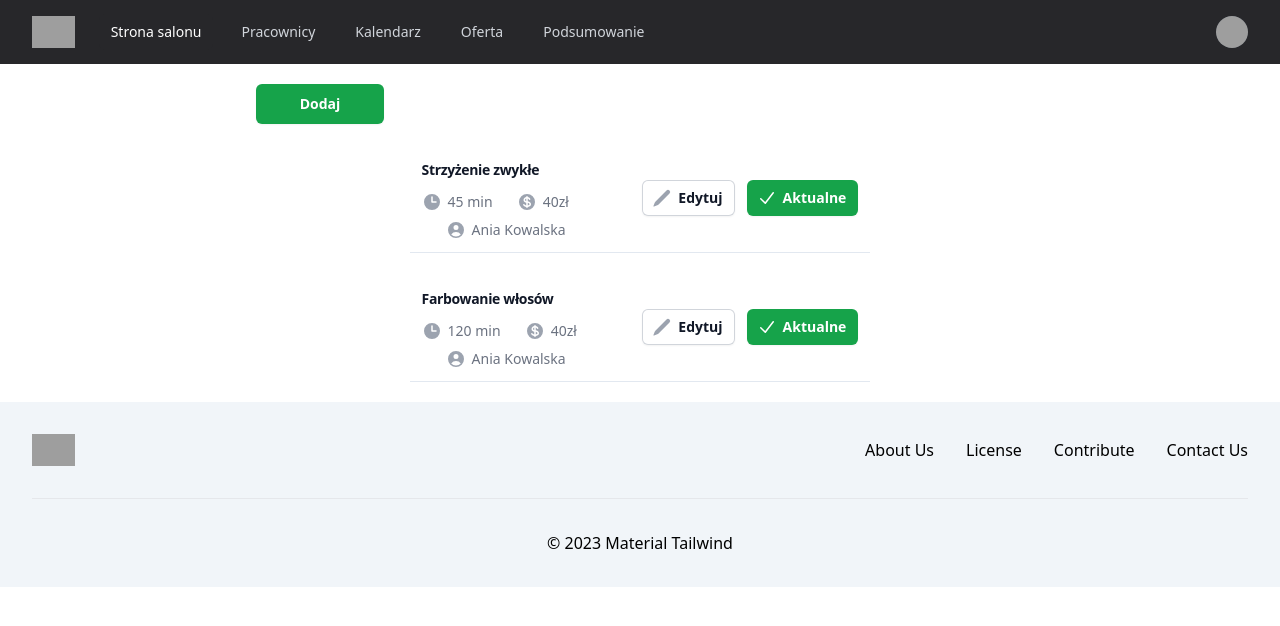
Repository: PrzemyslawJura/my-app
Page: /pracownicy (app in frontend/)
An editor plug-in stored every save of this project. The page is shown before and after the next save, followed by the edit.
The browser window is 1280 px wide. The pictures show the whole page.
Pictures or frames that could not be fetched are drawn as grey boxes. The page's requests for data from a server got no answer. The project was rebuilt for these pictures with package versions that can differ from the ones it lists, and the page was loaded fresh each time. No one was signed in, and anything a server would have sent is missing. Also part of the build but not shown: frontend/src/components/Location.jsx, frontend/src/home/Feature.jsx, frontend/src/shared_np_buttony_inputy_kalendarze_itp/PaginationTile.jsx, frontend/src/home/Pagination.jsx, frontend/src/home/Listbox.jsx, frontend/src/home/StepOne.jsx, frontend/src/home/StepTwo.jsx, frontend/src/home/SalonOffer.jsx and 21 more.

Above is the page before, as saved 2023-11-24 12:32:58.

### frontend/src/index.js
import React from 'react';
import ReactDOM from 'react-dom/client';
import './index.css';
import App from './core/App';
import reportWebVitals from './reportWebVitals';
import { BrowserRouter } from 'react-router-dom';

const root = ReactDOM.createRoot(document.getElementById('root'));
root.render(
  <React.StrictMode>
    <BrowserRouter>
      <App />
    </BrowserRouter>
  </React.StrictMode>
);

// If you want to start measuring performance in your app, pass a function
// to log results (for example: reportWebVitals(console.log))
// or send to an analytics endpoint. Learn more: https://bit.ly/CRA-vitals
reportWebVitals();

### frontend/src/index.css
@tailwind base;
html {
  scroll-behavior: smooth;
}

@tailwind components;
@tailwind utilities;

### frontend/src/core/App.jsx
import BrowserRoutes from "./BrowserRoutes"
import FooterWithLogo from "./Footer"
import NavbarBiznes from "./NavbarBiznes";
import NavbarHome from "./NavbarHome";



export default function App() {
  let navigationBar = <NavbarHome/>
  function userIsLogin(user)
  {
    if (user == false) navigationBar = <NavbarBiznes/>
    else navigationBar = <NavbarHome/>
  }
  return (
    <>
      {userIsLogin(false)}
      {navigationBar}
      <BrowserRoutes/>
      <FooterWithLogo/>
    </>
  )
}

### frontend/src/core/BrowserRoutes.jsx
import Home from "../home/Home"
import CalendarOfWork from "../biznes/CalendarOfWork"
import SalonPage from "../biznes/SalonPage"
import Workers from "../biznes/Workers"
import Services from "../biznes/Services"
import { Route, Routes } from "react-router-dom"
import NavbarBiznes from "./NavbarBiznes"

export default function BrowserRoutes() {
  return (
      <Routes>
        <Route path="/" element={<Home/>}/>
        <Route path="/stronasalonu" element={<SalonPage/>}/>
        <Route path="/pracownicy" element={<Workers/>}/>
        <Route path="/kalendarz" element={<CalendarOfWork/>}/>
        <Route path="/oferta" element={<Services/>}/>
      </Routes>
  )
}

### frontend/src/core/Footer.jsx
import { Typography } from "@material-tailwind/react";

export default function FooterWithLogo() {
  return (
    <footer id="footer" className="w-full p-8 bg-slate-100">
      <div className="flex flex-row flex-wrap items-center justify-center gap-y-6 gap-x-12 text-center md:justify-between">
      <img
        className="h-8 w-auto"
        src="https://tailwindui.com/img/logos/mark.svg?color=green&shade=600"
        alt=""
      />
        <ul className="flex flex-wrap items-center gap-y-2 gap-x-8">
          <li>
            <Typography
              as="a"
              href="#"
              color="blue-gray"
              className="font-normal transition-colors hover:text-blue-500 focus:text-blue-500"
            >
              About Us
            </Typography>
          </li>
          <li>
            <Typography
              as="a"
              href="#"
              color="blue-gray"
              className="font-normal transition-colors hover:text-blue-500 focus:text-blue-500"
            >
              License
            </Typography>
          </li>
          <li>
            <Typography
              as="a"
              href="#"
              color="blue-gray"
              className="font-normal transition-colors hover:text-blue-500 focus:text-blue-500"
            >
              Contribute
            </Typography>
          </li>
          <li>
            <Typography
              as="a"
              href="#"
              color="blue-gray"
              className="font-normal transition-colors hover:text-blue-500 focus:text-blue-500"
            >
              Contact Us
            </Typography>
          </li>
        </ul>
      </div>
      <hr className="my-8 border-blue-gray-50" />
      <Typography color="blue-gray" className="text-center font-normal">
        &copy; 2023 Material Tailwind
      </Typography>
    </footer>
  );
}

### frontend/src/core/NavbarBiznes.jsx
import { Fragment } from 'react'
import { Disclosure, Menu, Transition } from '@headlessui/react'
import { Bars3Icon, XMarkIcon } from '@heroicons/react/24/outline'


const navigation = [
  { name: 'Strona salonu', href: '/stronasalonu', current: true },
  { name: 'Pracownicy', href: '/pracownicy', current: false },
  { name: 'Kalendarz', href: '/kalendarz', current: false },
  { name: 'Oferta', href: '/oferta', current: false },
  { name: 'Podsumowanie', href: '/podsumowanie', current: false },
]

function classNames(...classes) {
  return classes.filter(Boolean).join(' ')
}

export default function NavbarBiznes({}) {
  return (
    <Disclosure as="nav" className="bg-zinc-800">
      {({ open }) => (
        <>
          <div className="mx-auto max-w-7xl px-2 sm:px-6 lg:px-8">
            <div className="relative flex h-16 items-center justify-between">
              <div className="absolute inset-y-0 left-0 flex items-center sm:hidden">
                {/* Mobile menu button*/}
                <Disclosure.Button className="relative inline-flex items-center justify-center rounded-md p-2 text-gray-400 hover:bg-gray-700 hover:text-white focus:outline-none focus:ring-2 focus:ring-inset focus:ring-white">
                  <span className="absolute -inset-0.5" />
                  <span className="sr-only">Open main menu</span>
                  {open ? (
                    <XMarkIcon className="block h-6 w-6" aria-hidden="true" />
                  ) : (
                    <Bars3Icon className="block h-6 w-6" aria-hidden="true" />
                  )}
                </Disclosure.Button>
              </div>
              <div className="flex flex-1 items-center justify-center sm:items-stretch sm:justify-start">
                <div className="flex flex-shrink-0 items-center">
                  <img
                    className="h-8 w-auto"
                    src="https://tailwindui.com/img/logos/mark.svg?color=green&shade=500"
                    alt="Your Company"
                  />
                </div>
                <div className="hidden sm:ml-6 sm:block">
                  <div className="flex space-x-4">
                    {navigation.map((item) => (
                      <a
                        key={item.name}
                        href={item.href}
                        className={classNames(
                          item.current ? 'bg-zinc-800 text-white' : 'text-gray-300 hover:bg-zinc-600 hover:text-white',
                          'rounded-md px-3 py-2 text-sm font-medium'
                        )}
                        aria-current={item.current ? 'page' : undefined}
                      >
                        {item.name}
                      </a>
                    ))}
                  </div>
                </div>
              </div>
              <div className="absolute inset-y-0 right-0 flex items-center pr-2 sm:static sm:inset-auto sm:ml-6 sm:pr-0">
                {/* Profile dropdown */}
                <Menu as="div" className="relative ml-3">
                  <div>
                    <Menu.Button className="relative flex rounded-full bg-gray-800 text-sm focus:outline-none focus:ring-2 focus:ring-white focus:ring-offset-2 focus:ring-offset-gray-800">
                      <span className="absolute -inset-1.5" />
                      <span className="sr-only">Open user menu</span>
                      <img
                        className="h-8 w-8 rounded-full"
                        src="https://images.unsplash.com/photo-1592647420148-bfcc177e2117?ixlib=rb-4.0.3&ixid=M3wxMjA3fDB8MHxwaG90by1wYWdlfHx8fGVufDB8fHx8fA%3D%3D&auto=format&fit=crop&w=2039&q=80"
                        alt=""
                      />
                    </Menu.Button>
                  </div>
                  <Transition
                    as={Fragment}
                    enter="transition ease-out duration-100"
                    enterFrom="transform opacity-0 scale-95"
                    enterTo="transform opacity-100 scale-100"
                    leave="transition ease-in duration-75"
                    leaveFrom="transform opacity-100 scale-100"
                    leaveTo="transform opacity-0 scale-95"
                  >
                    <Menu.Items className="absolute right-0 z-10 mt-2 w-48 origin-top-right rounded-md bg-white py-1 shadow-lg ring-1 ring-black ring-opacity-5 focus:outline-none">
                      <Menu.Item>
                        {({ active }) => (
                          <a
                            href="#"
                            className={classNames(active ? 'bg-gray-100' : '', 'block px-4 py-2 text-sm text-gray-700')}
                          >
                            Twój profil
                          </a>
                        )}
                      </Menu.Item>
                      <Menu.Item>
                        {({ active }) => (
                          <a
                            href="#"
                            className={classNames(active ? 'bg-gray-100' : '', 'block px-4 py-2 text-sm text-gray-700')}
                          >
                            Ustawienia
                          </a>
                        )}
                      </Menu.Item>
                      <Menu.Item>
                        {({ active }) => (
                          <a
                            href="#"
                            className={classNames(active ? 'bg-gray-100' : '', 'block px-4 py-2 text-sm text-gray-700')}
                          >
                            Wyloguj
                          </a>
                        )}
                      </Menu.Item>
                    </Menu.Items>
                  </Transition>
                </Menu>
              </div>
            </div>
          </div>

          <Disclosure.Panel className="sm:hidden">
            <div className="space-y-1 px-2 pb-3 pt-2">
              {navigation.map((item) => (
                <Disclosure.Button
                  key={item.name}
                  as="a"
                  href={item.href}
                  className={classNames(
                    item.current ? 'bg-gray-900 text-white' : 'text-gray-300 hover:bg-gray-700 hover:text-white',
                    'block rounded-md px-3 py-2 text-base font-medium'
                  )}
                  aria-current={item.current ? 'page' : undefined}
                >
                  {item.name}
                </Disclosure.Button>
              ))}
            </div>
          </Disclosure.Panel>
        </>
      )}
    </Disclosure>
  )
}

### frontend/src/biznes/Workers.jsx
import React, { useState } from 'react'
import AddWorker from "./AddWorker"
import MainButton from "../shared_np_buttony_inputy_kalendarze_itp/MainButton"
import Dropdown from "../shared_np_buttony_inputy_kalendarze_itp/Dropdown"
import Hairdresser from "../components/Hairdresser"
import { useEffect } from 'react';
import Service from '../components/Service'

const people = [
  {
    name: 'Leslie Alexander',
    email: 'leslie.alexander@example.com',
    telephone: '213 123 123',
    role: 'Co-Founder / CEO',
    imageUrl:
      'https://images.unsplash.com/photo-1494790108377-be9c29b29330?ixlib=rb-1.2.1&ixid=eyJhcHBfaWQiOjEyMDd9&auto=format&fit=facearea&facepad=2&w=256&h=256&q=80',
    lastSeen: '3h ago',
    lastSeenDateTime: '2023-01-23T13:23Z',
  },
  {
    name: 'Michael Foster',
    email: 'michael.foster@example.com',
    role: 'Co-Founder / CTO',
    imageUrl:
      'https://images.unsplash.com/photo-1519244703995-f4e0f30006d5?ixlib=rb-1.2.1&ixid=eyJhcHBfaWQiOjEyMDd9&auto=format&fit=facearea&facepad=2&w=256&h=256&q=80',
    lastSeen: '3h ago',
    lastSeenDateTime: '2023-01-23T13:23Z',
  },
  {
    name: 'Dries Vincent',
    email: 'dries.vincent@example.com',
    role: 'Business Relations',
    imageUrl:
      'https://images.unsplash.com/photo-1506794778202-cad84cf45f1d?ixlib=rb-1.2.1&ixid=eyJhcHBfaWQiOjEyMDd9&auto=format&fit=facearea&facepad=2&w=256&h=256&q=80',
    lastSeen: null,
  },
  {
    name: 'Lindsay Walton',
    email: 'lindsay.walton@example.com',
    role: 'Front-end Developer',
    imageUrl:
      'https://images.unsplash.com/photo-1517841905240-472988babdf9?ixlib=rb-1.2.1&ixid=eyJhcHBfaWQiOjEyMDd9&auto=format&fit=facearea&facepad=2&w=256&h=256&q=80',
    lastSeen: '3h ago',
    lastSeenDateTime: '2023-01-23T13:23Z',
  },
  {
    name: 'Courtney Henry',
    email: 'courtney.henry@example.com',
    role: 'Designer',
    imageUrl:
      'https://images.unsplash.com/photo-1438761681033-6461ffad8d80?ixlib=rb-1.2.1&ixid=eyJhcHBfaWQiOjEyMDd9&auto=format&fit=facearea&facepad=2&w=256&h=256&q=80',
    lastSeen: '3h ago',
    lastSeenDateTime: '2023-01-23T13:23Z',
  },
  {
    name: 'Tom Cook',
    email: 'tom.cook@example.com',
    role: 'Director of Product',
    imageUrl:
      'https://images.unsplash.com/photo-1472099645785-5658abf4ff4e?ixlib=rb-1.2.1&ixid=eyJhcHBfaWQiOjEyMDd9&auto=format&fit=facearea&facepad=2&w=256&h=256&q=80',
    lastSeen: null,
  },
]

const sortOptions = [
  { name: 'Zmień dane', href: '#', current: true },
  { name: 'Usuń pracownika', href: '#', current: true },
  { name: 'Dodaj nieobecność', href: '#', current: true }
]



export default function Workers() {
  const [isShown, setIsShown] = useState(0);
  const [workers, setWorkers] = useState([]);

  useEffect(() => {
    fetch('https://localhost:7230/Salons/WorkersWithSalonId/1')
      .then((res) => res.json())
      .then((result) => {
        setWorkers(result);
        console.log(result)
      });
  }, [])

  return (
    <>
        <div className="w-3/5 m-auto my-5 ">
            <ul role="list" className="divide-y divide-gray-100">
              {workers.map((person) => (
                <li key={person.id} className="flex justify-between gap-x-6 py-5">
                  <Hairdresser person={person}/>
                  <Dropdown title="Edytuj" options={sortOptions}/>
                </li>
              ))}
            </ul>
            <span onClick={() => setIsShown(1)}>
              <MainButton text="Dodaj"/>
              </span>
            {isShown == 1 && <AddWorker setIsShown={setIsShown} />}
            {/*}{isShown == 2 && <AddService setIsShown={setIsShown} />}{*/}
            <Service/>
        </div>
    </>
  )
}

### frontend/src/shared_np_buttony_inputy_kalendarze_itp/MainButton.jsx
export default function MainButton({text}) {
    return (
        <button
        type="submit"
        className="w-20 sm:w-32 flex-none rounded-md bg-green-600 px-3.5 py-2.5 text-sm font-semibold max-h-10 my-auto
                   text-white shadow-sm hover:bg-green-400 focus-visible:outline focus-visible:outline-2
                   focus-visible:outline-offset-2 focus-visible:outline-indigo-500"
        >
        {text}
        </button>
    )}

### frontend/src/components/OneService.jsx
import {
    ClockIcon,
    CurrencyDollarIcon,
    UserCircleIcon,
  } from '@heroicons/react/20/solid'

export default function OneService({service}) {
    return (
        <div className="min-w-0 flex-1">
          <h2 className="text-sm font-semibold leading-7 text-gray-900 sm:truncate sm:tracking-tight">
            {service.name}
          </h2>
          <div className="mt-1 flex flex-col sm:mt-0 sm:flex-row sm:flex-wrap sm:space-x-6">
            <div className="mt-2 flex items-center text-sm text-gray-500">
              <ClockIcon className="mr-1.5 h-5 w-5 flex-shrink-0 text-gray-400" aria-hidden="true" />
              {service.time} min
            </div>
            <div className="mt-2 flex items-center text-sm text-gray-500">
              <CurrencyDollarIcon className="mr-1.5 h-5 w-5 flex-shrink-0 text-gray-400" aria-hidden="true" />
              {service.price}zł
            </div>
            <div className="mt-2 flex items-center text-sm text-gray-500">
              <UserCircleIcon className="mr-1.5 h-5 w-5 flex-shrink-0 text-gray-400" aria-hidden="true" />
              {service.hairdresser}
            </div>
          </div>
        </div>
    )}

### frontend/src/components/Service.jsx
import OneService from './OneService'
import {
  CheckIcon,
  PencilIcon,
} from '@heroicons/react/20/solid'

const services = [
  {
    name: 'Strzyżenie zwykłe',
    time: '45',
    price: '40',
    hairdresser: 'Ania Kowalska',
    active: true,
  },
  {
    name: 'Farbowanie włosów',
    time: '120',
    price: '40',
    hairdresser: 'Ania Kowalska',
    active: true,
  }
]

export default function Service() {
  return (
    <div className=''>
    {services.map((service) => (
    <div className="lg:flex lg:items-center lg:justify-between my-5 w-3/5 mx-auto p-3 border-slate-200 border-b">
      <OneService service={service}/>
      <div className="mt-5 flex lg:ml-4 lg:mt-0">
        <span className="hidden sm:block">
          <button
            type="button"
            className="inline-flex items-center rounded-md bg-white px-3 py-2 text-sm font-semibold text-gray-900 shadow-sm ring-1 ring-inset ring-gray-300 hover:bg-gray-50"
          >
            <PencilIcon className="-ml-0.5 mr-1.5 h-5 w-5 text-gray-400" aria-hidden="true" />
            Edytuj
          </button>
        </span>

        <span className="sm:ml-3">
          <button
            type="button"
            className="inline-flex items-center rounded-md bg-green-600 px-3 py-2 text-sm font-semibold text-white shadow-sm hover:bg-green-500 focus-visible:outline focus-visible:outline-2 focus-visible:outline-offset-2 focus-visible:outline-green-600"
          >
            <CheckIcon className="-ml-0.5 mr-1.5 h-5 w-5" aria-hidden="true" />
            Aktualne
          </button>
        </span>
      </div>
    </div>
    ))}
    </div>
  )
}

### frontend/tailwind.config.js
/** @type {import('tailwindcss').Config} */
module.exports = {
  content: [
    "./src/**/*.{js,jsx,ts,tsx}",
  ],
  theme: {
    extend: {
      backgroundImage: {
        /*https://unsplash.com/photos/EW_rqoSdDes?utm_source=unsplash&utm_medium=referral&utm_content=creditShareLink*/
        /*author: Nathon Oski*/
        'main-image': "url('/src/assets/main-image.jpg')",
      },
      backgroundColor: {
        'bgGray': '#f8f9fa',
      }
    },
  },
  plugins: [],
}

Loaded but not shown: frontend/public/index.html (common file); frontend/src/reportWebVitals.js (common file)

After the next save:
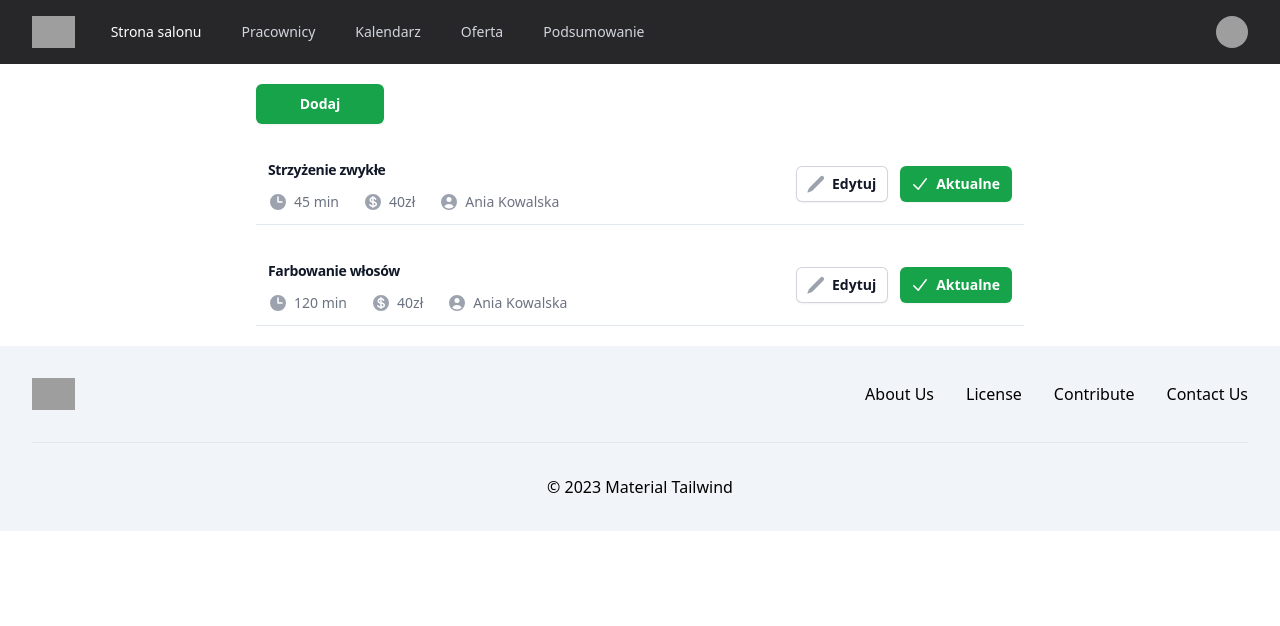
Saved 30 s later.
--- a/frontend/src/components/Service.jsx
+++ b/frontend/src/components/Service.jsx
@@ -25,7 +25,7 @@ export default function Service() {
   return (
     <div className=''>
     {services.map((service) => (
-    <div className="lg:flex lg:items-center lg:justify-between my-5 w-3/5 mx-auto p-3 border-slate-200 border-b">
+    <div className="lg:flex lg:items-center lg:justify-between my-5 mx-auto p-3 border-slate-200 border-b">
       <OneService service={service}/>
       <div className="mt-5 flex lg:ml-4 lg:mt-0">
         <span className="hidden sm:block">
